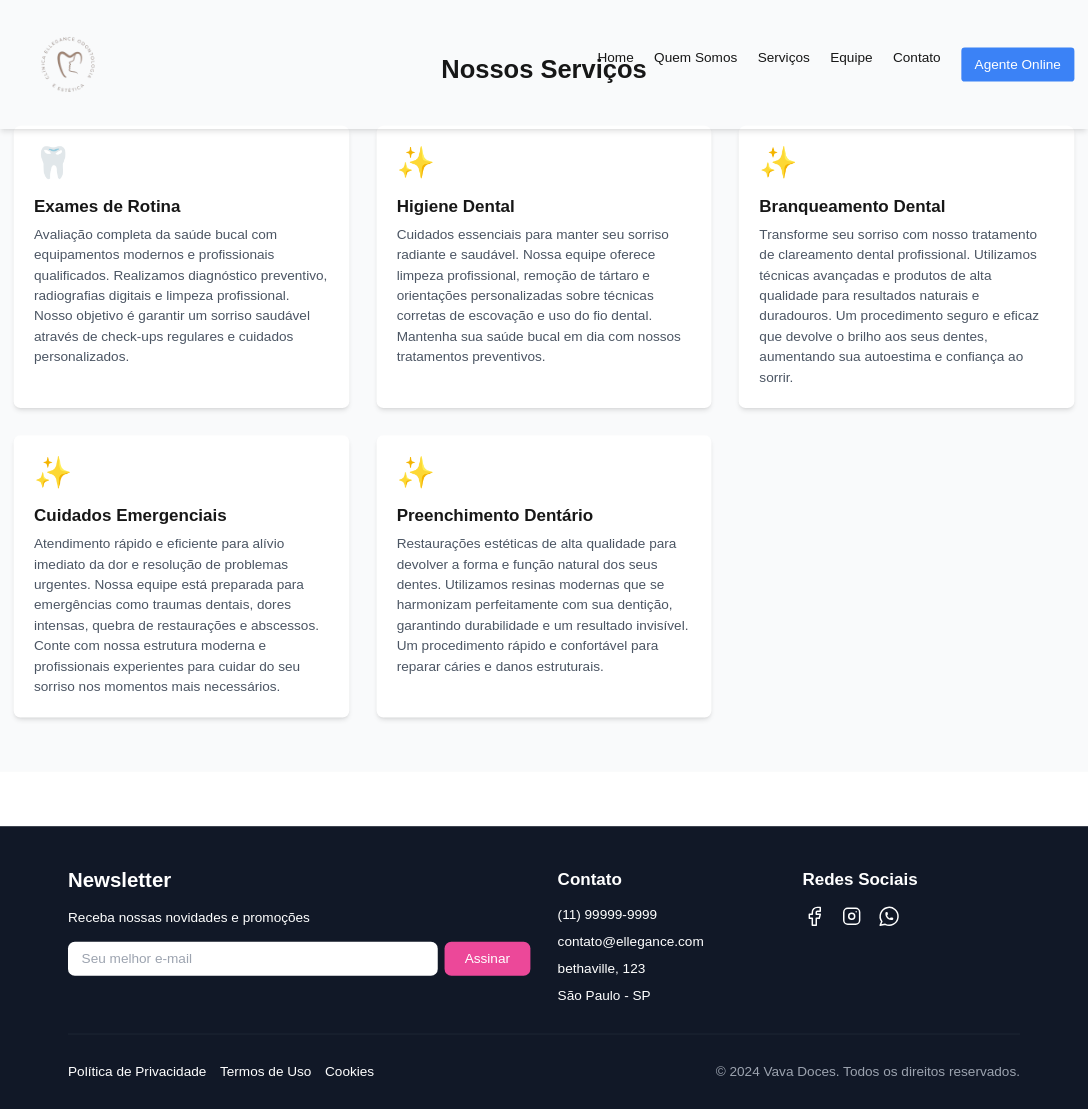
Repository: francisguitt/ellegance_odontologia
Page: /services_
The author's editor kept a copy of each file at every save. The page is drawn from the files as they stood at one save, then again after a run of saves.
The browser window is 1280 px wide. The pictures show the whole page, at 85% of full size.
The project was rebuilt for these pictures with package versions that can differ from the ones it lists, and the page was loaded fresh each time. The framework's server and built-in components were replaced by stand-ins that run in the browser. Also part of the build but not shown: next.config.mjs.

Above is the page before, as saved 2025-02-22 13:37:58.

### src/app/layout.tsx
import type { Metadata } from "next";
import localFont from "next/font/local";
import "./globals.css";
import Header from "@/app/components/header";
import Footer from "@/app/components/footer";

const geistSans = localFont({
  src: "./fonts/GeistVF.woff",
  variable: "--font-geist-sans",
  weight: "100 900",
});
const geistMono = localFont({
  src: "./fonts/GeistMonoVF.woff",
  variable: "--font-geist-mono",
  weight: "100 900",
});

export const metadata: Metadata = {
  title: "Create Next App",
  description: "Generated by create next app",
};

export default function RootLayout({
  children,
}: Readonly<{
  children: React.ReactNode;
}>) {
  return (
    <html lang="en">
      <body
        className={`${geistSans.variable} ${geistMono.variable} antialiased`}
      >
      <Header/>
        {children}
        <Footer/>
      </body>
    </html>
  );
}

### src/app/services_/page.tsx
const Services = () => {
    const services = [
      {
        title: 'Exames de Rotina',
        description: 'Avaliação completa da saúde bucal com equipamentos modernos e profissionais qualificados. Realizamos diagnóstico preventivo, radiografias digitais e limpeza profissional. Nosso objetivo é garantir um sorriso saudável através de check-ups regulares e cuidados personalizados.',
        icon: '🦷'
      },
      {
        title: 'Higiene Dental',
        description: 'Cuidados essenciais para manter seu sorriso radiante e saudável. Nossa equipe oferece limpeza profissional, remoção de tártaro e orientações personalizadas sobre técnicas corretas de escovação e uso do fio dental. Mantenha sua saúde bucal em dia com nossos tratamentos preventivos.',
        icon: '✨'
      },
      {
        title: 'Branqueamento Dental',
        description: 'Transforme seu sorriso com nosso tratamento de clareamento dental profissional. Utilizamos técnicas avançadas e produtos de alta qualidade para resultados naturais e duradouros. Um procedimento seguro e eficaz que devolve o brilho aos seus dentes, aumentando sua autoestima e confiança ao sorrir.',
        icon: '✨'
      },
      {
        title: 'Cuidados Emergenciais',
        description: 'Atendimento rápido e eficiente para alívio imediato da dor e resolução de problemas urgentes. Nossa equipe está preparada para emergências como traumas dentais, dores intensas, quebra de restaurações e abscessos. Conte com nossa estrutura moderna e profissionais experientes para cuidar do seu sorriso nos momentos mais necessários.',
        icon: '✨'
      },
      {
        title: 'Preenchimento Dentário',
        description: 'Restaurações estéticas de alta qualidade para devolver a forma e função natural dos seus dentes. Utilizamos resinas modernas que se harmonizam perfeitamente com sua dentição, garantindo durabilidade e um resultado invisível. Um procedimento rápido e confortável para reparar cáries e danos estruturais.',
        icon: '✨'
      },
    ];

    return (
      <section id="services" className="py-16 bg-gray-50">
        <div className="container mx-auto px-4">
          <h2 className="text-3xl font-bold text-center mb-12">Nossos Serviços</h2>
          <div className="grid grid-cols-1 md:grid-cols-3 gap-8">
            {services.map((service, index) => (
              <div key={index} className="bg-white p-6 rounded-lg shadow-md">
                <div className="text-4xl mb-4">{service.icon}</div>
                <h3 className="text-xl font-semibold mb-2">{service.title}</h3>
                <p className="text-gray-600">{service.description}</p>
              </div>
            ))}
          </div>
        </div>
      </section>
    );
  };

  export default Services;

### src/app/globals.css
@tailwind base;
@tailwind components;
@tailwind utilities;

:root {
  --primary-color:#ffcfa3e3;
  --secundary-color: #ffd079;
  --foreground: #171717;
}

@media (prefers-color-scheme: dark) {
  :root {

  }

  }


body {
  color: var(--foreground);
  background: var(--background);
  font-family: Arial, Helvetica, sans-serif;
}

@layer utilities {
  .text-balance {
    text-wrap: balance;
  }
}

### src/app/components/header.tsx

"use client";
import { useState } from 'react';
import { Link } from 'react-scroll';
import Image from 'next/image';
import logo from "@/images/logo_odonto.png";
import { IconMenu2, IconX } from '@tabler/icons-react';

const Header = () => {
  const [isMenuOpen, setIsMenuOpen] = useState(false);

  const toggleMenu = () => {
    setIsMenuOpen(!isMenuOpen);
  };

  const menuItems = [
    { to: "home", label: "Home" },
    { to: "about", label: "Quem Somos" },
    { to: "services", label: "Serviços" },
    { to: "team", label: "Equipe" },
    { to: "contact", label: "Contato" },
  ];

  return (
    <header className="fixed w-full  shadow-md z-50 bg-w">
      <div className="container mx-auto px-4 py-3 flex justify-between items-center text-center">
        <div className="logo">
          <Image
            src={logo}
            alt="Ellegance Dental"
            className="w-32 h-32 text-color-white"
          />
        </div>

        {/* Desktop Navigation */}
        <nav className="hidden md:flex space-x-6">
          {menuItems.map((item) => (
            <Link
              key={item.to}
              to={item.to}
              smooth={true}
              className="cursor-pointer hover:text-blue-500 transition-colors"
            >
              {item.label}
            </Link>
          ))}
          <button className="bg-blue-500 text-white px-4 py-2 rounded hover:bg-blue-600 transition-colors">
            Agente Online
          </button>
        </nav>

        {/* Mobile Menu Button */}
        <button
          onClick={toggleMenu}
          className="md:hidden text-gray-600 hover:text-blue-500 transition-colors"
        >
          {isMenuOpen ? <IconX size={24} /> : <IconMenu2 size={24} />}
        </button>
      </div>

      {/* Mobile Navigation */}
      <nav className={`
        md:hidden bg-white
        transition-all duration-300 ease-in-out
        ${isMenuOpen ? 'max-h-96 opacity-100' : 'max-h-0 opacity-0'}
        overflow-hidden
      `}>
        <div className="container mx-auto px-4 py-2 flex flex-col space-y-4">
          {menuItems.map((item) => (
            <Link
              key={item.to}
              to={item.to}
              smooth={true}
              className="cursor-pointer hover:text-blue-500 transition-colors py-2"
              onClick={() => setIsMenuOpen(false)}
            >
              {item.label}
            </Link>
          ))}
          <button className="bg-blue-500 text-white px-4 py-2 rounded hover:bg-blue-600 transition-colors w-full">
            Agente Online
          </button>
        </div>
      </nav>
    </header>
  );
};

export default Header;

### src/app/components/footer.tsx
'use client'
import { useState } from 'react'
import {
  IconBrandFacebook,
  IconBrandInstagram,
  IconBrandWhatsapp,
  IconMail
} from '@tabler/icons-react'

function Footer() {
  const [email, setEmail] = useState('')

  const handleSubmit = (e: React.FormEvent) => {
    e.preventDefault()
    setEmail('')
  }

  return (
    <footer className="bg-gray-900 text-white pt-12 mt-16">
      <div className="max-w-6xl mx-auto px-4">
        <div className="grid grid-cols-1 md:grid-cols-4 gap-8 pb-8">
          <div className="col-span-1 md:col-span-2">
            <h3 className="text-2xl font-bold mb-4">Newsletter</h3>
            <p className="mb-4">Receba nossas novidades e promoções</p>
            <form onSubmit={handleSubmit} className="flex gap-2">
              <input
                type="email"
                value={email}
                onChange={(e) => setEmail(e.target.value)}
                placeholder="Seu melhor e-mail"
                className="flex-1 px-4 py-2 rounded-lg text-gray-900"
                required
              />
              <button
                type="submit"
                className="bg-pink-500 px-6 py-2 rounded-lg hover:bg-pink-600 transition"
              >
                Assinar
              </button>
            </form>
          </div>

          <div>
            <h3 className="text-xl font-bold mb-4">Contato</h3>
            <ul className="space-y-2">
              <li>
                <a href="tel:+5511999999999" className="hover:text-pink-400">
                  (11) 99999-9999
                </a>
              </li>
              <li>
                <a href="mailto:contato@elleganceodontologia.com" className="hover:text-pink-400">
                  contato@ellegance.com
                </a>
              </li>
              <li>bethaville, 123</li>
              <li>São Paulo - SP</li>
            </ul>
          </div>

          <div>
            <h3 className="text-xl font-bold mb-4">Redes Sociais</h3>
            <div className="flex gap-4">
              <a href="https://facebook.com" target="_blank" rel="noopener noreferrer"
                className="hover:text-pink-400 transition">
                <IconBrandFacebook size={28} stroke={1.5} />
              </a>
              <a href="https://instagram.com" target="_blank" rel="noopener noreferrer"
                className="hover:text-pink-400 transition">
                <IconBrandInstagram size={28} stroke={1.5} />
              </a>
              <a href="https://wa.me/5511999999999" target="_blank" rel="noopener noreferrer"
                className="hover:text-pink-400 transition">
                <IconBrandWhatsapp size={28} stroke={1.5} />
              </a>
            </div>
          </div>
        </div>

        <div className="border-t border-gray-800 py-8">
          <div className="flex flex-col md:flex-row justify-between items-center">
            <div className="flex gap-4 mb-4 md:mb-0">
              <a href="/politica-privacidade" className="hover:text-pink-400 transition">
                Política de Privacidade
              </a>
              <a href="/termos-uso" className="hover:text-pink-400 transition">
                Termos de Uso
              </a>
              <a href="/cookies" className="hover:text-pink-400 transition">
                Cookies
              </a>
            </div>
            <p className="text-gray-400">
              © {new Date().getFullYear()} Vava Doces. Todos os direitos reservados.
            </p>
          </div>
        </div>
      </div>
    </footer>
  )
}
export default Footer;

Loaded but not shown: tailwind.config.ts (common file)

After the next 2 saves:
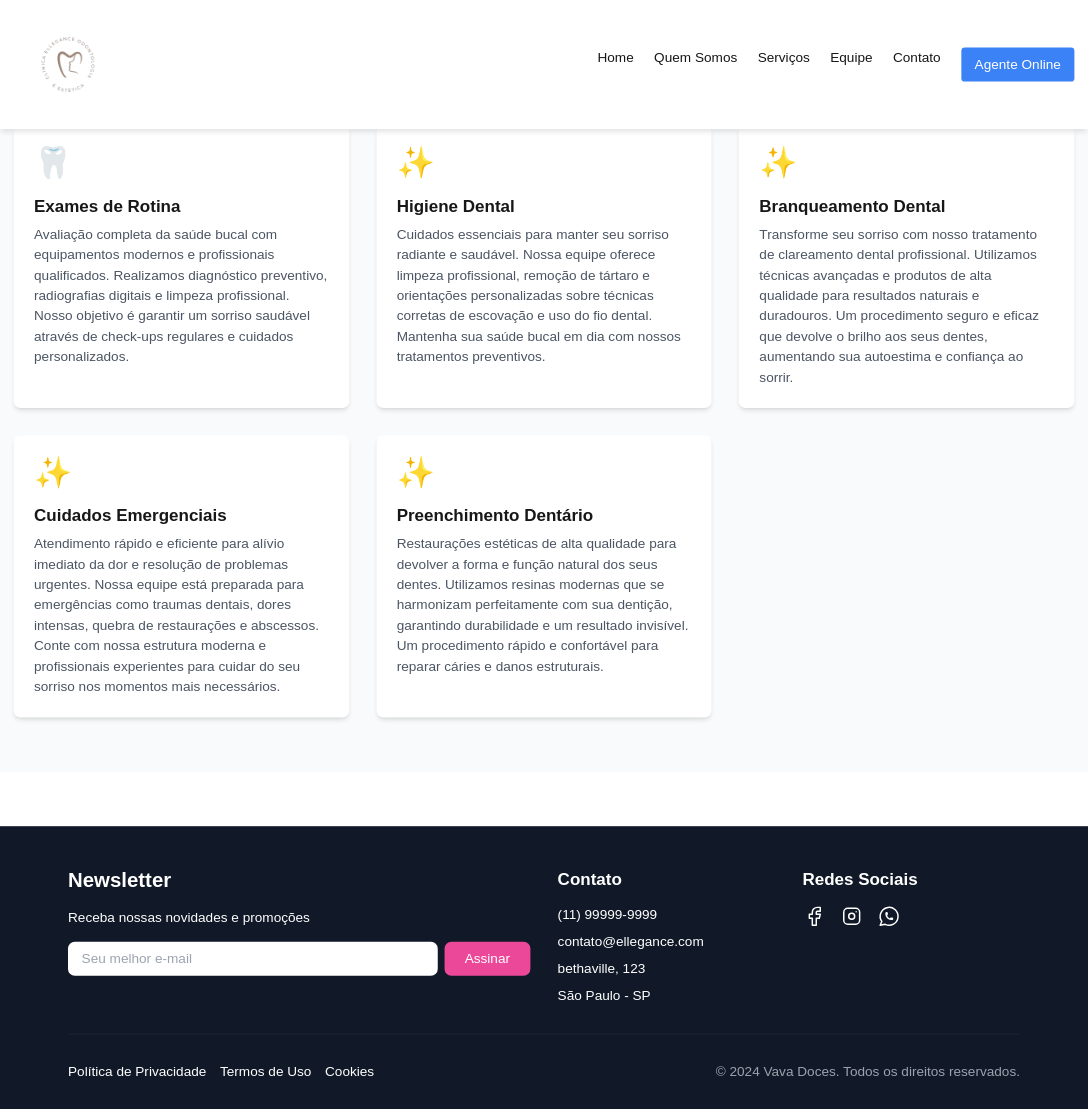
The 2 saves are shown as one change because they came seconds apart.
The last was saved 7 s later.
--- a/src/app/components/header.tsx
+++ b/src/app/components/header.tsx
@@ -22,7 +22,7 @@ const Header = () => {
   ];
 
   return (
-    <header className="fixed w-full  shadow-md z-50 bg-w">
+    <header className="fixed w-full  shadow-md z-50 bg-white">
       <div className="container mx-auto px-4 py-3 flex justify-between items-center text-center">
         <div className="logo">
           <Image
